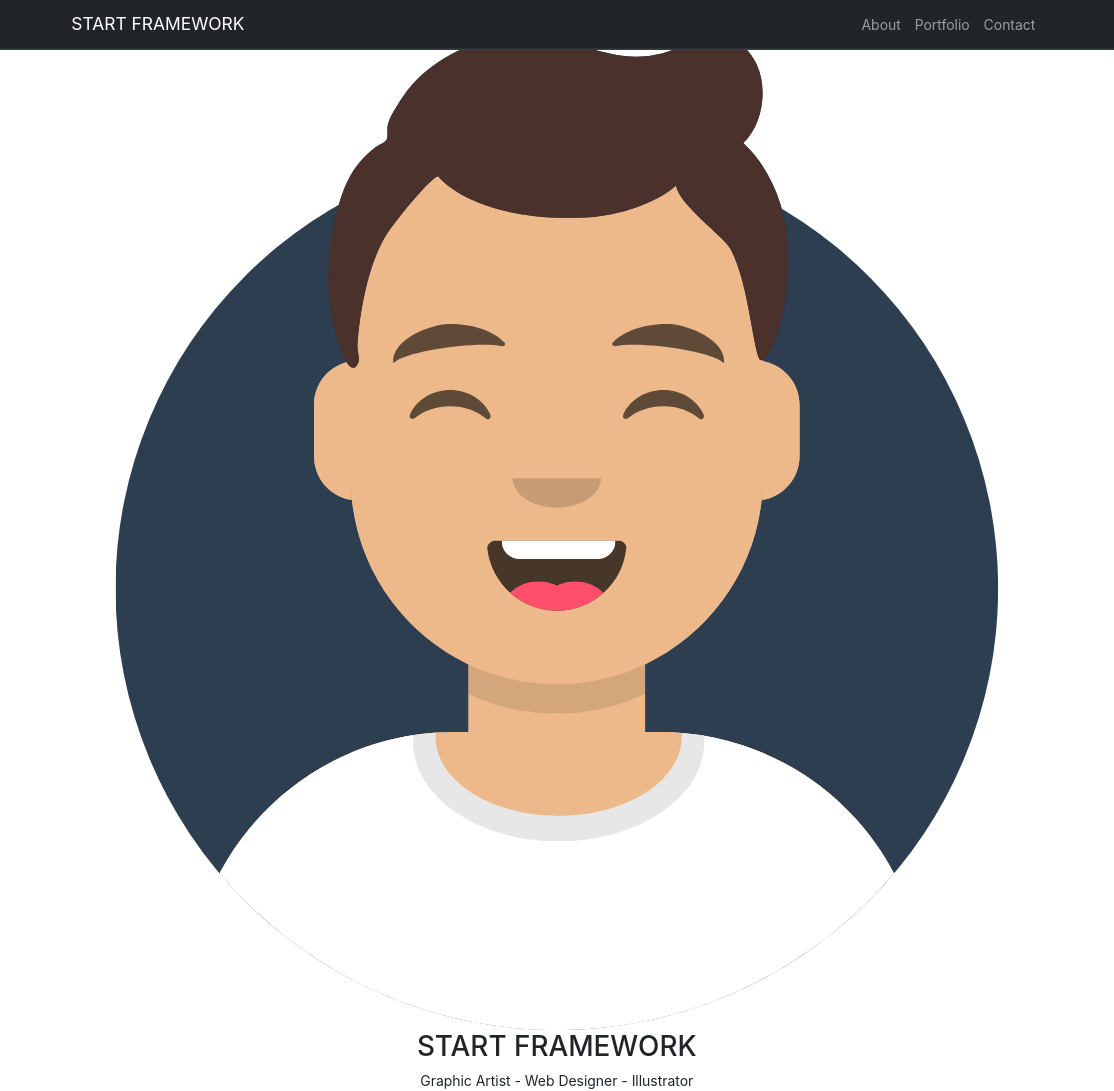
Repository: YomnaWegdan/startFramework
Page: /
These files come from the project's save history. The page is drawn as it stood at one moment and after the next save; the edit follows.
The browser window is 1280 px wide. The pictures show the whole page, at 87% of full size.
The project was rebuilt for these pictures with package versions that can differ from the ones it lists, and the page was loaded fresh each time. Also part of the build but not shown: src/Components/About.jsx, src/Components/Contact.jsx, src/Components/Error.jsx.

Above is the page before, as saved 2024-02-04 21:51:07.

After the next save:
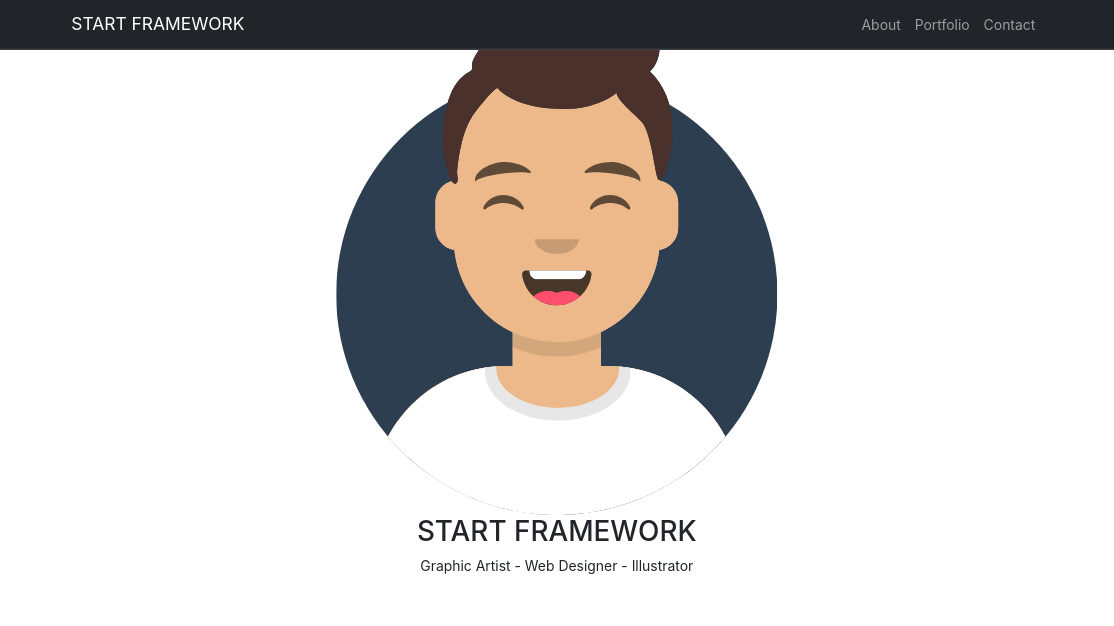
Saved 40 s later.
--- a/src/Components/Home.jsx
+++ b/src/Components/Home.jsx
@@ -7,7 +7,7 @@ export default function Home() {
         <div className='container h-100'>
             <div className='row align-items-center justify-content-center'>
                 <div className='col-md-12'>
-                <img src={img} className='w-100' alt='img'/>
+                <img src={img} className='w-50' alt='img'/>
                 <h2>START FRAMEWORK</h2>
                 <div>Graphic Artist - Web Designer - Illustrator</div>
 
